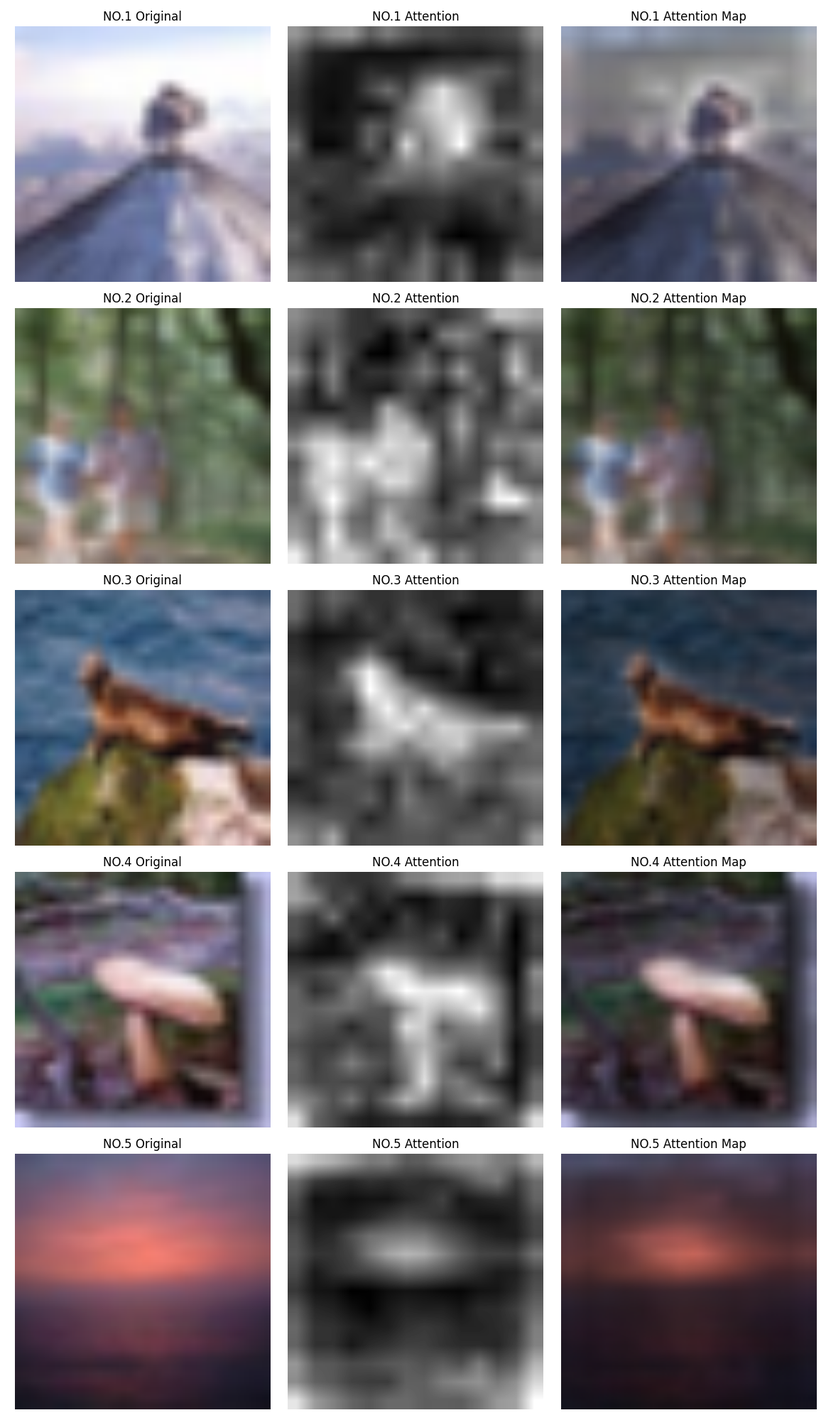
Repository: ginnux/vit
Script's output: python figure/visual.py
These files come from the project's save history. The script's output is drawn as it stood at one moment and after the next save; the edit follows.
The pictures are shown at 71% of full size.
Random numbers start from a fixed seed. It also reads figure/visualize.pkl.

Above is the script's output before, as saved 2024-06-24 22:35:56.

### figure/visual.py
import pickle
import numpy as np
import matplotlib.pyplot as plt

# Load data
with open("figure/visualize.pkl", "rb") as f:
    data = pickle.load(f)

# Plot
im_list, mask_list, result_list = data

plt.rcParams["font.size"] = 10
plt.rcParams["font.family"] = "Times New Roman"
num = len(im_list)

plt.figure(figsize=(11.7, 4 * num))

for i in range(num):
    im = im_list[i]
    mask = mask_list[i]
    result = result_list[i]

    plt.subplot(num, 3, 3 * i + 1)
    plt.axis("off")
    plt.title(f"NO.{i+1} Original")
    plt.imshow(im)

    plt.subplot(num, 3, 3 * i + 2)
    plt.axis("off")
    plt.title(f"NO.{i+1} Attention")
    plt.imshow(mask, cmap="gray")

    plt.subplot(num, 3, 3 * i + 3)
    plt.axis("off")
    plt.title(f"NO.{i+1} Attention Map")
    plt.imshow(result)

plt.tight_layout()
plt.show()

After the next save:
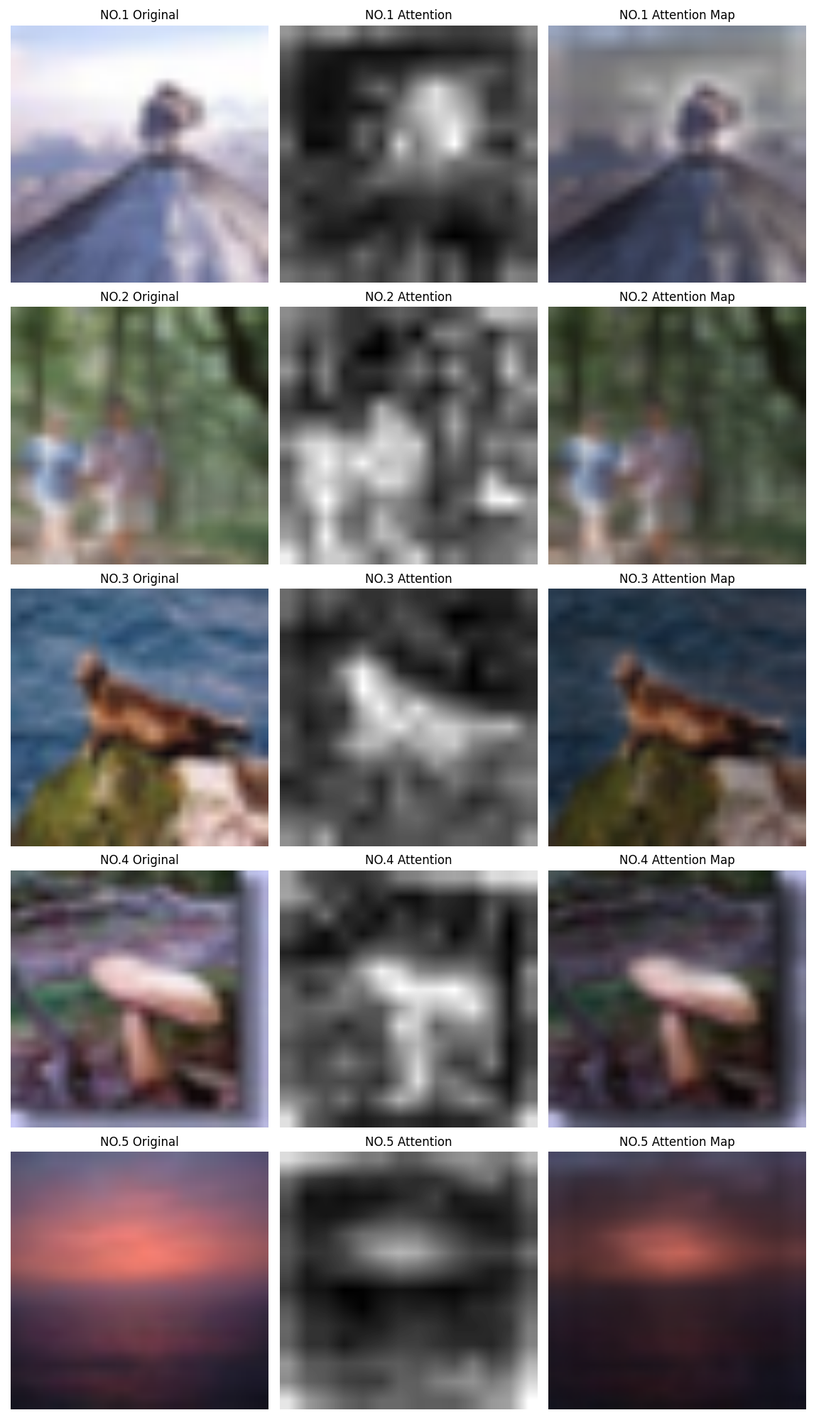
Saved 5 s later.
--- a/figure/visual.py
+++ b/figure/visual.py
@@ -13,7 +13,7 @@ plt.rcParams["font.size"] = 10
 plt.rcParams["font.family"] = "Times New Roman"
 num = len(im_list)
 
-plt.figure(figsize=(11.7, 4 * num))
+plt.figure(figsize=(11.5, 4 * num))
 
 for i in range(num):
     im = im_list[i]
